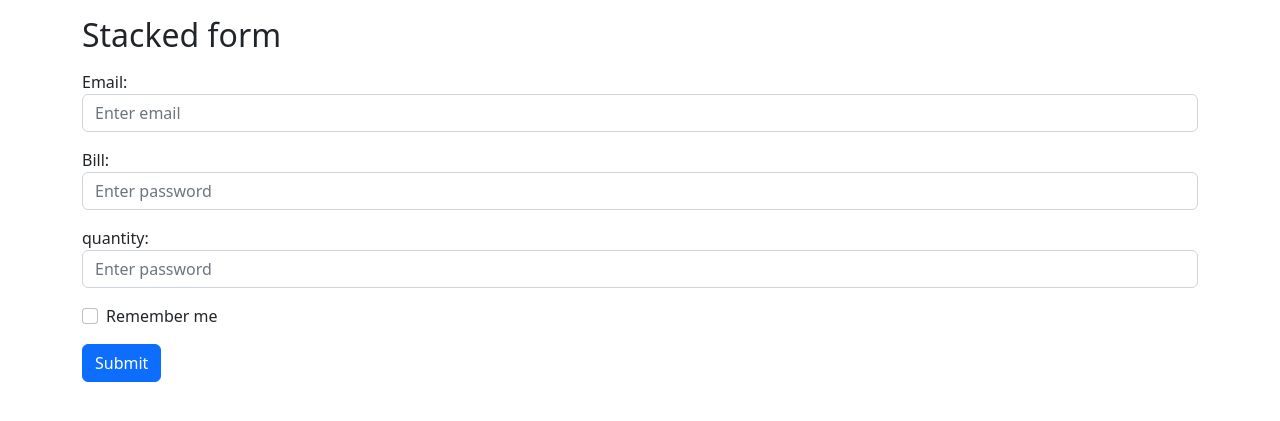
Repository: letantai3001180588/shoppingBE
Page: index.html
An editor plug-in stored every save of this project. The page is shown before and after a run of saves, followed by the edit.
The browser window is 1280 px wide. The pictures show the whole page.

Above is the page before, as saved 2023-03-05 19:28:25.

After the next 2 saves:
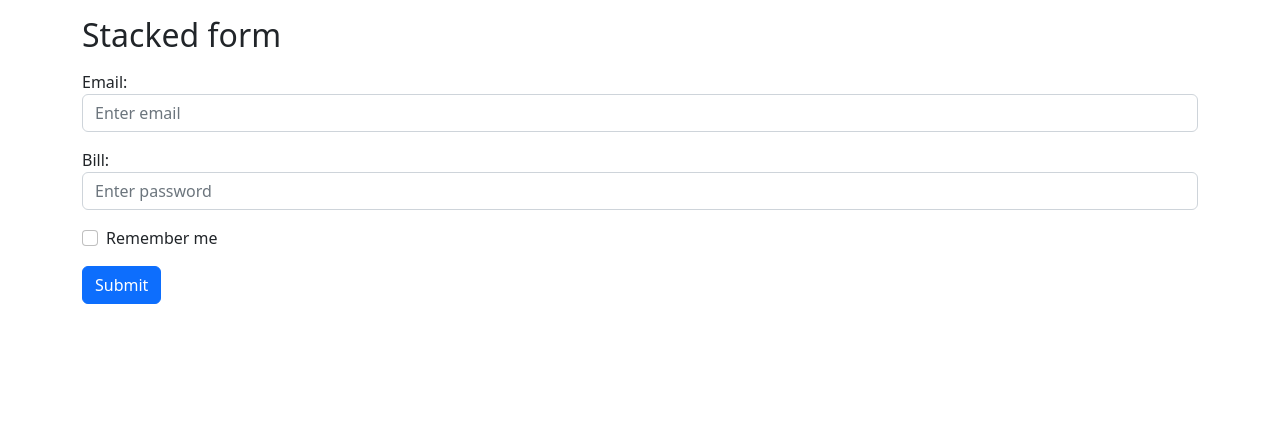
The 2 saves are shown as one change because they came seconds apart.
The last was saved 61 s later.
--- a/index.html
+++ b/index.html
@@ -14,16 +14,16 @@
     <form method="post" action="/detailBill/create">
         <div class="mb-3 mt-3">
             <label for="email">Email:</label>
-            <input type="text" class="form-control" id="email" placeholder="Enter email" name="id_product">
+            <input type="text" class="form-control" id="email" placeholder="Enter email" name="user">
         </div>
         <div class="mb-3">
             <label for="pwd">Bill:</label>
-            <input type="text" class="form-control" id="pwd" placeholder="Enter password" name="id_bill">
+            <input type="text" class="form-control" id="pwd" placeholder="Enter password" name="password">
         </div>
-        <div class="mb-3">
+        <!-- <div class="mb-3">
             <label for="pwd">quantity:</label>
             <input type="text" class="form-control" id="pwd" placeholder="Enter password" name="quantity">
-        </div>
+        </div> -->
         <div class="form-check mb-3">
         <label class="form-check-label">
             <input class="form-check-input" type="checkbox" name="remember"> Remember me
